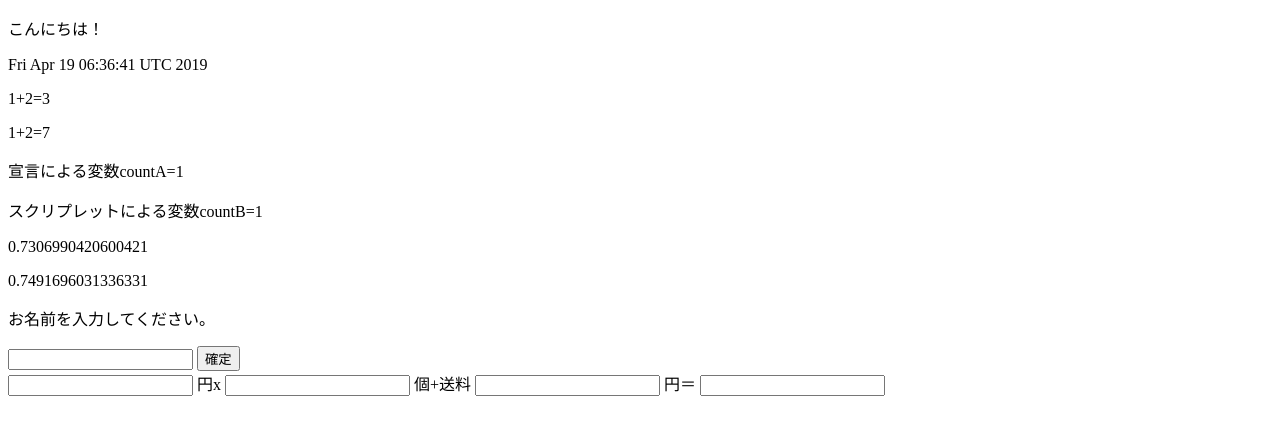
Repository: Sakamoto-Akira/test
Page: http://localhost/HelloJSP/
These files come from the project's save history. The page is drawn as it stood at one moment and after a run of saves; the edit follows.
The browser window is 1280 px wide. The pictures show the whole page.
The page is served by Tomcat 9.

Above is the page before, as saved 2019-04-19 08:08:25.

### HelloJSP/WebContent/index.jsp
<%@ page language="java" contentType="text/html; charset=UTF-8" pageEncoding="UTF-8" %>
<!DOCTYPE html>

<html>
<head>
<meta charset="utf-8">
<title>TEST</title>
</head>
<body>
<p>こんにちは！</p>
<% out.println(new java.util.Date()); %>

<%!
static int add(int a,int b){
	return a+b;
}
%>

<p>1+2=<%=add(1,2) %></p>
<p>1+2=<%=add(3,4) %></p>

<%! static int countA=0; %>
<%
int countB=0;
countA++;
countB++;
%>

<p>宣言による変数countA=<%=countA %></p>
<p>スクリプレットによる変数countB=<%=countB %></p>

<p><% out.println(Math.random()); %></p>
<p><%=Math.random() %></p>

<p>お名前を入力してください。</p>
<form method="post" action="greeting-out.jsp">
<input type="text" name="user">
<input type="submit" value="確定">
</form>

<form method="post" action="total-out.jsp">

<input type="text" name="price">
円x
<input type="text" name="count">
個+送料
<input type="text" name="delivery">
円＝
<input type="text" name="計算">

</form>


</body>
</html>

After the next 2 saves:
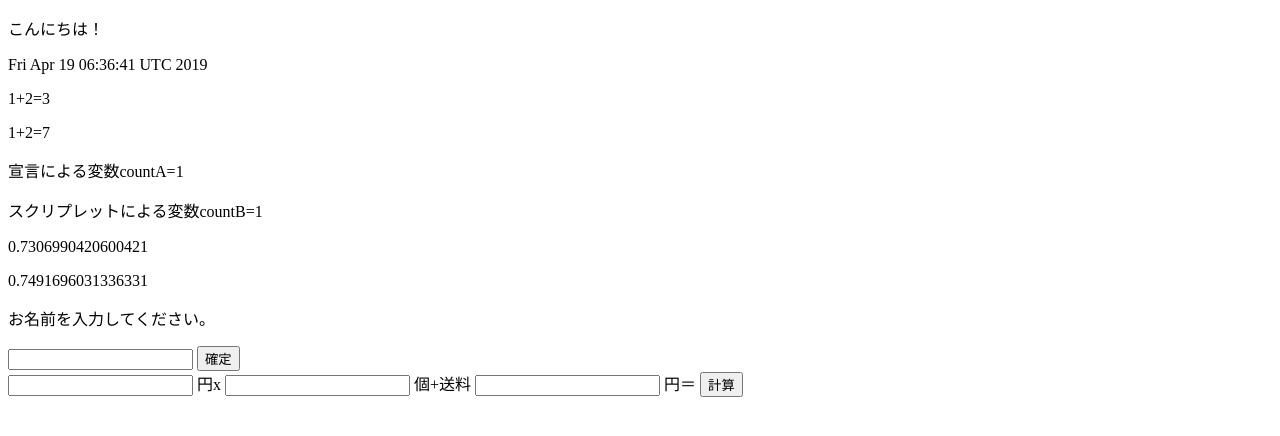
The 2 saves are shown as one change because 1 did not build or start.
The last was saved 10 min 23 s later.
--- a/HelloJSP/WebContent/index.jsp
+++ b/HelloJSP/WebContent/index.jsp
@@ -46,7 +46,7 @@ countB++;
 個+送料
 <input type="text" name="delivery">
 円＝
-<input type="text" name="計算">
+<input type="submit" value="計算">
 
 </form>
 
